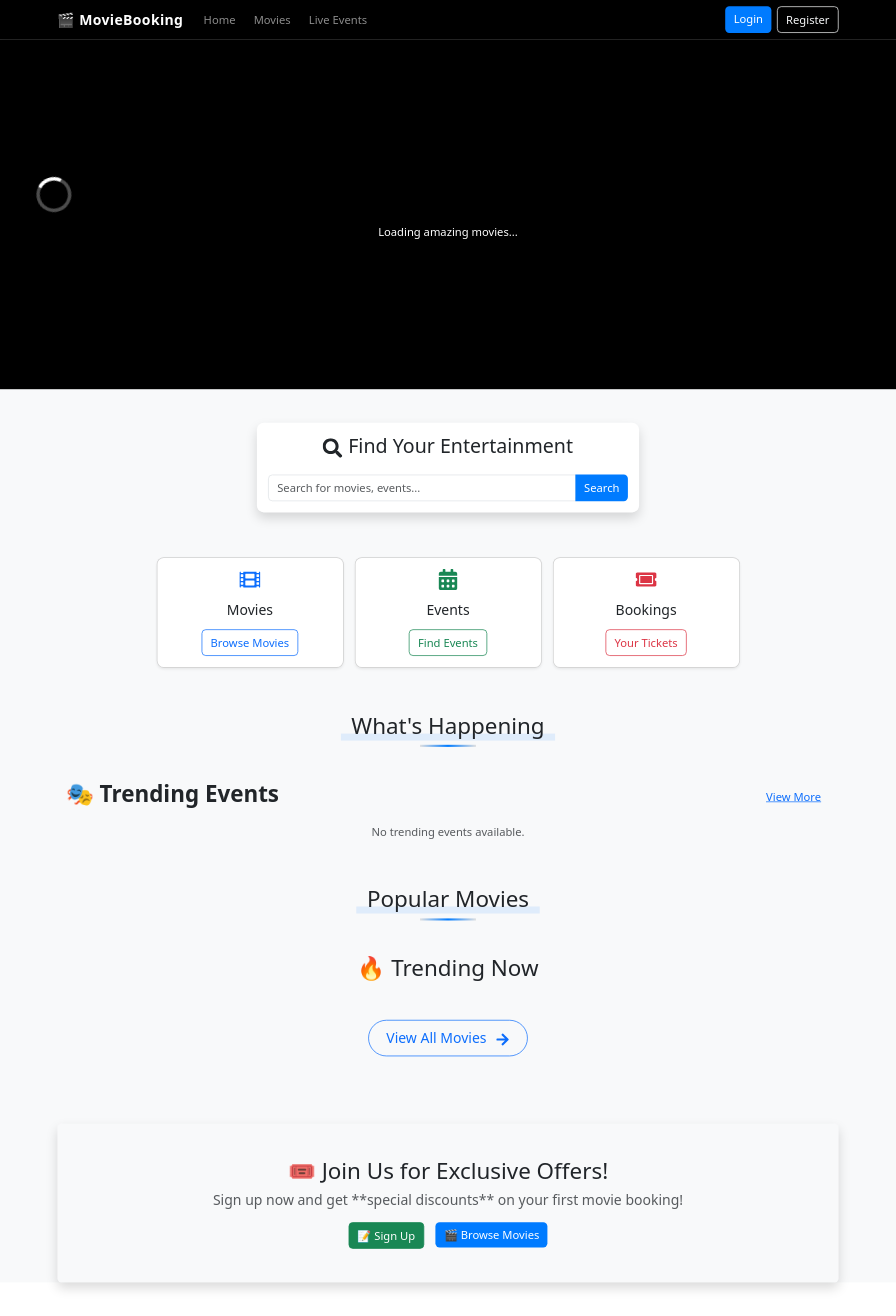
Repository: AshwinUgale/MovieBookingFrontend
Page: /
The author's editor kept a copy of each file at every save. The page is drawn from the files as they stood at one save, then again after the next save.
The browser window is 1280 px wide. The pictures show the whole page, at 70% of full size.
The page's requests for data from a server got no answer. The project was rebuilt for these pictures with package versions that can differ from the ones it lists, and the page was loaded fresh each time. No one was signed in, and anything a server would have sent is missing. Also part of the build but not shown: src/pages/LoginPage.js, src/pages/RegisterPage.js, src/pages/DashboardPage.js, src/utils/PrivateRoute.js, src/components/GenreSection.js, src/pages/MovieList.js, src/pages/ShowtimesPage.js, src/pages/AdminMoviePage.js and 8 more.

Above is the page before, as saved 2025-03-31 00:58:11.

After the next save:
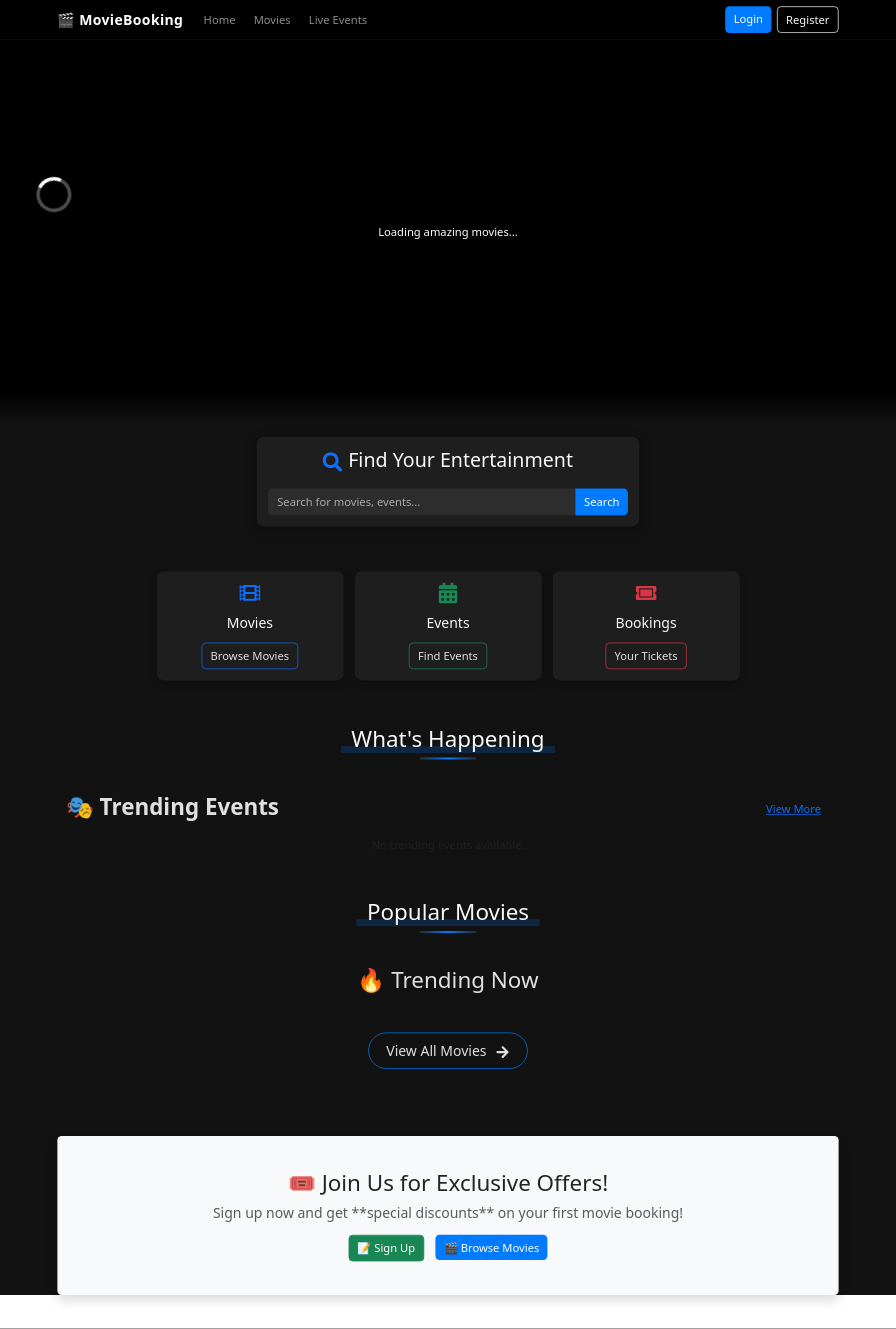
Saved 98 s later.
--- a/src/pages/HomePage.js
+++ b/src/pages/HomePage.js
@@ -32,16 +32,19 @@ const HomePage = () => {
       {/* Hero Banner */}
       <HeroSection />
 
+      {/* Gradient Transition */}
+      <div className="hero-to-content-transition"></div>
+
       {/* Main Content */}
       <Container className={`content-container ${isVisible ? 'fade-in' : ''}`}>
         {/* Search Section */}
         <section className="search-section py-5">
           <Row className="justify-content-center">
             <Col md={8} lg={6}>
-              <Card className="search-card shadow">
-                <Card.Body>
-                  <h3 className="text-center mb-4">
-                    <FaSearch className="me-2" />
+              <Card className="search-card">
+                <Card.Body>
+                  <h3 className="text-center mb-4 text-light">
+                    <FaSearch className="me-2 text-primary" />
                     Find Your Entertainment
                   </h3>
                   <Form onSubmit={handleSearch}>
@@ -50,6 +53,7 @@ const HomePage = () => {
                         placeholder="Search for movies, events..."
                         value={searchTerm}
                         onChange={(e) => setSearchTerm(e.target.value)}
+                        className="search-input"
                       />
                       <Button variant="primary" type="submit">
                         Search
@@ -66,10 +70,10 @@ const HomePage = () => {
         <section className="quick-access py-3">
           <Row className="justify-content-center text-center g-3">
             <Col xs={6} md={3}>
-              <Card className="h-100 shadow-sm feature-card">
+              <Card className="h-100 feature-card">
                 <Card.Body>
                   <FaFilm size={30} className="text-primary mb-3" />
-                  <h5>Movies</h5>
+                  <h5 className="text-light">Movies</h5>
                   <Button variant="outline-primary" href="/movies" className="mt-2">
                     Browse Movies
                   </Button>
@@ -77,10 +81,10 @@ const HomePage = () => {
               </Card>
             </Col>
             <Col xs={6} md={3}>
-              <Card className="h-100 shadow-sm feature-card">
+              <Card className="h-100 feature-card">
                 <Card.Body>
                   <FaCalendarAlt size={30} className="text-success mb-3" />
-                  <h5>Events</h5>
+                  <h5 className="text-light">Events</h5>
                   <Button variant="outline-success" href="/events" className="mt-2">
                     Find Events
                   </Button>
@@ -88,10 +92,10 @@ const HomePage = () => {
               </Card>
             </Col>
             <Col xs={6} md={3}>
-              <Card className="h-100 shadow-sm feature-card">
+              <Card className="h-100 feature-card">
                 <Card.Body>
                   <FaTicketAlt size={30} className="text-danger mb-3" />
-                  <h5>Bookings</h5>
+                  <h5 className="text-light">Bookings</h5>
                   <Button variant="outline-danger" href="/bookings" className="mt-2">
                     Your Tickets
                   </Button>
@@ -104,7 +108,7 @@ const HomePage = () => {
         {/* Trending Events Section with "What's Happening" Header */}
         <section className="events-section pt-5">
           <div className="section-header">
-            <h2 className="text-center position-relative">
+            <h2 className="text-center position-relative text-light">
               <span className="section-title-bg">What's Happening</span>
             </h2>
             <div className="divider mt-2 mb-5"></div>
@@ -115,7 +119,7 @@ const HomePage = () => {
         {/* Trending Movies Section */}
         <section className="movies-section pt-5">
           <div className="section-header">
-            <h2 className="text-center position-relative">
+            <h2 className="text-center position-relative text-light">
               <span className="section-title-bg">Popular Movies</span>
             </h2>
             <div className="divider mt-2 mb-5"></div>
@@ -141,13 +145,23 @@ const HomePage = () => {
 const styles = document.createElement("style");
 styles.innerHTML = `
   .homepage {
-    background-color: #f8f9fa;
+    background-color: #121212;
+    color: #e0e0e0;
+    min-height: 100vh;
+  }
+
+  /* Create a smooth transition from black carousel to dark gray content */
+  .hero-to-content-transition {
+    height: 50px;
+    background: linear-gradient(to bottom, #000000, #121212);
+    margin-bottom: -50px;
   }
 
   .content-container {
     opacity: 0;
     transform: translateY(20px);
     transition: opacity 0.8s ease-out, transform 0.8s ease-out;
+    padding-top: 20px;
   }
 
   .fade-in {
@@ -158,17 +172,39 @@ styles.innerHTML = `
   .search-card {
     border-radius: 10px;
     border: none;
+    background-color: #1e1e1e;
+    box-shadow: 0 4px 20px rgba(0,0,0,0.3);
+  }
+
+  .search-input {
+    background-color: #2d2d2d;
+    border-color: #333;
+    color: #fff;
+  }
+
+  .search-input::placeholder {
+    color: #aaa;
+  }
+
+  .search-input:focus {
+    background-color: #2d2d2d;
+    color: #fff;
+    box-shadow: none;
+    border-color: #007bff;
   }
 
   .feature-card {
     border-radius: 10px;
     transition: transform 0.3s ease, box-shadow 0.3s ease;
     cursor: pointer;
+    background-color: #1e1e1e;
+    border: none;
+    box-shadow: 0 4px 12px rgba(0,0,0,0.2);
   }
 
   .feature-card:hover {
     transform: translateY(-5px);
-    box-shadow: 0 10px 20px rgba(0,0,0,0.1) !important;
+    box-shadow: 0 10px 20px rgba(0,0,0,0.25) !important;
   }
 
   .section-header {
@@ -188,14 +224,14 @@ styles.innerHTML = `
     height: 10px;
     bottom: 0;
     left: 0;
-    background-color: rgba(0, 123, 255, 0.1);
+    background-color: rgba(0, 123, 255, 0.2);
     z-index: -1;
   }
 
   .divider {
     height: 3px;
     width: 80px;
-    background: linear-gradient(to right, #e0e0e0, #007bff, #e0e0e0);
+    background: linear-gradient(to right, #2d2d2d, #007bff, #2d2d2d);
     margin: 0 auto;
   }
 
@@ -203,10 +239,28 @@ styles.innerHTML = `
     transition: all 0.3s ease;
     border-radius: 30px;
     padding: 10px 25px;
+    border-color: #007bff;
+    color: #e0e0e0;
   }
 
   .view-all-btn:hover {
     transform: translateX(5px);
+    background-color: rgba(0, 123, 255, 0.1);
+  }
+
+  /* Dark mode adjustments for various Bootstrap elements */
+  .btn-outline-primary, .btn-outline-success, .btn-outline-danger {
+    color: #e0e0e0;
+  }
+
+  .modal-content, .dropdown-menu {
+    background-color: #1e1e1e;
+    color: #e0e0e0;
+  }
+
+  .card {
+    background-color: #1e1e1e;
+    color: #e0e0e0;
   }
 `;
 
